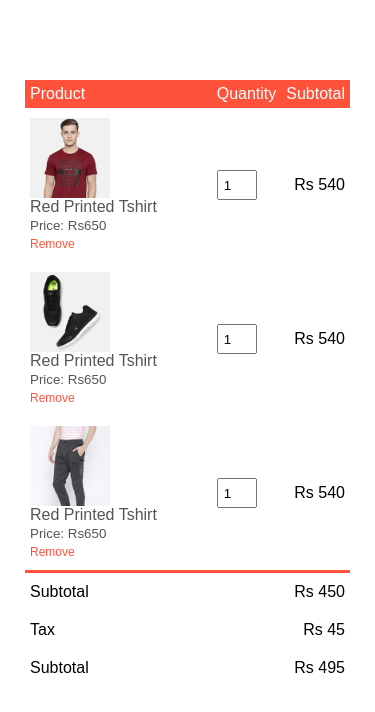
Repository: ritikalohia/tepid-frontend
Page: cart.html
An editor plug-in stored every save of this project. The page is shown before and after the next save, followed by the edit.
The browser window is 375 px wide. The pictures show the whole page.

Above is the page before, as saved 2021-06-09 12:16:19.

After the next save:
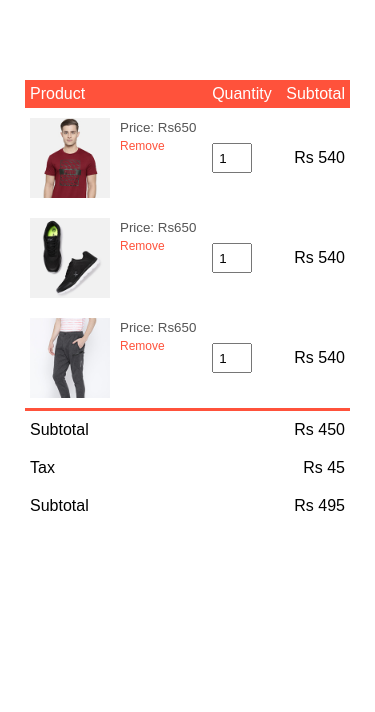
Saved 4 s later.
--- a/style.css
+++ b/style.css
@@ -521,6 +521,6 @@ th:last-child{
 
 @media only screen and (max-width:600px){
     .cart-info p{
-        d
-    }
-}
+        display: none;
+    }
+}
